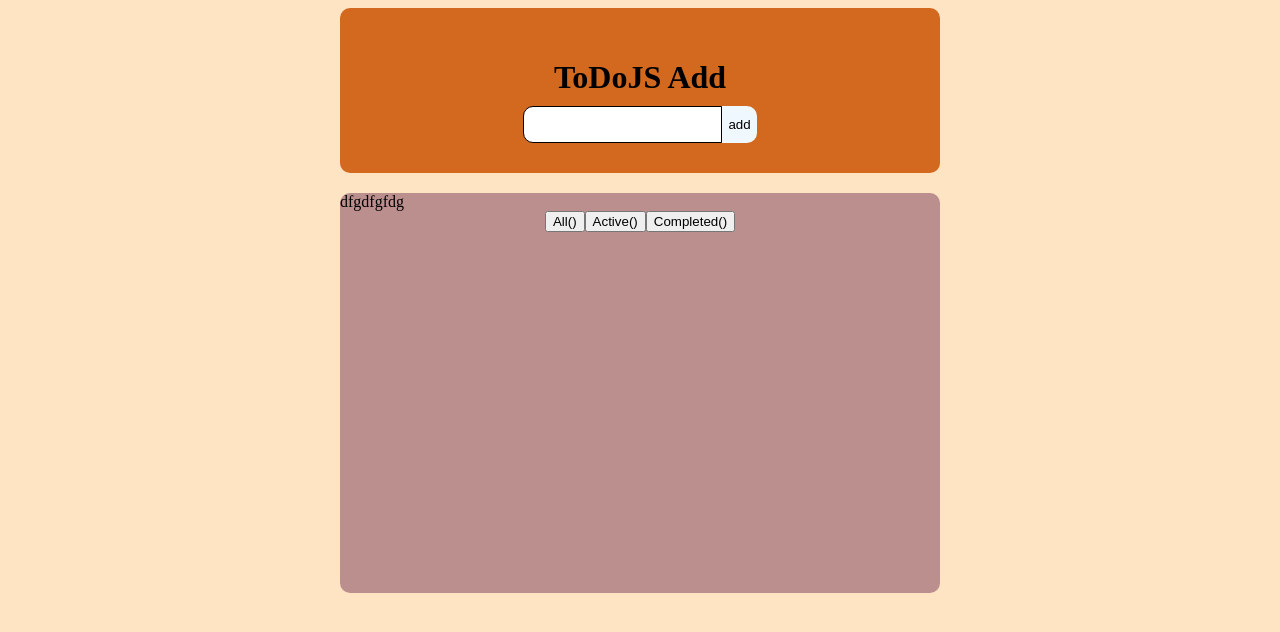
Repository: Savich01/ToDo
Page: index.html
An editor plug-in stored every save of this project. The page is shown before and after the next save, followed by the edit.
The browser window is 1280 px wide. The pictures show the whole page.

Above is the page before, as saved 2024-05-03 14:39:48.

After the next save:
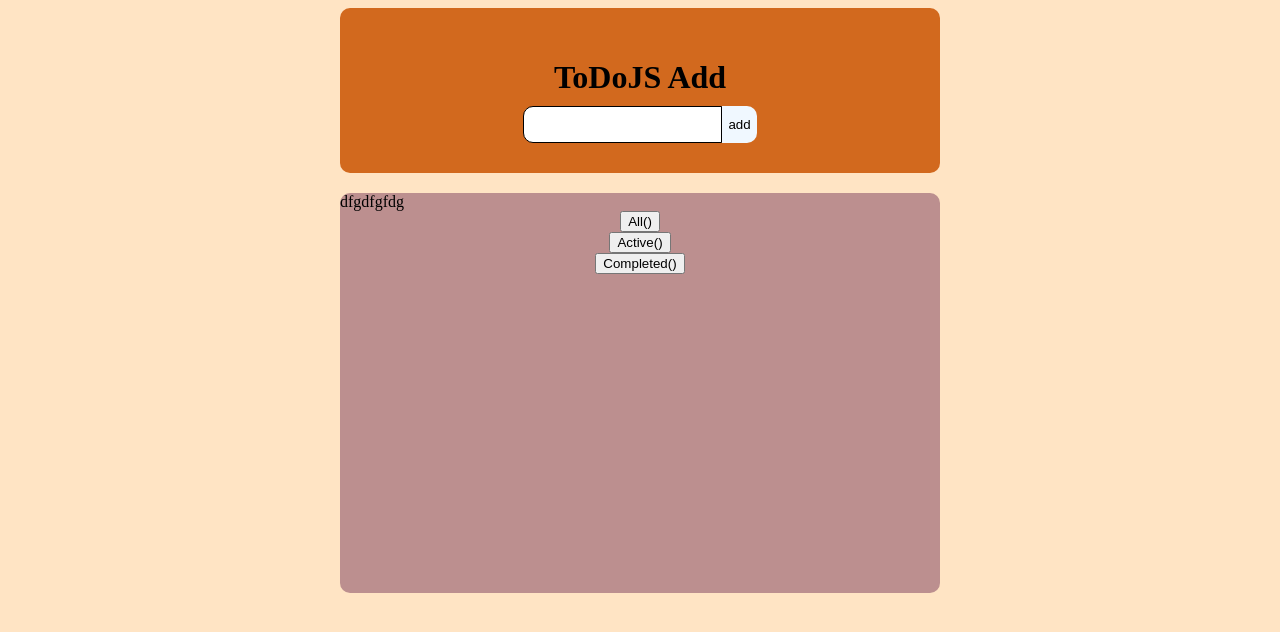
Saved 85 s later.
--- a/css/style.css
+++ b/css/style.css
@@ -52,7 +52,7 @@ body {
 }
 .main-button {
     display: flex;
-    /* flex-direction: column; */
+    flex-direction: column;
     justify-content: flex-end;
     align-items: center;
     justify-content: center;
